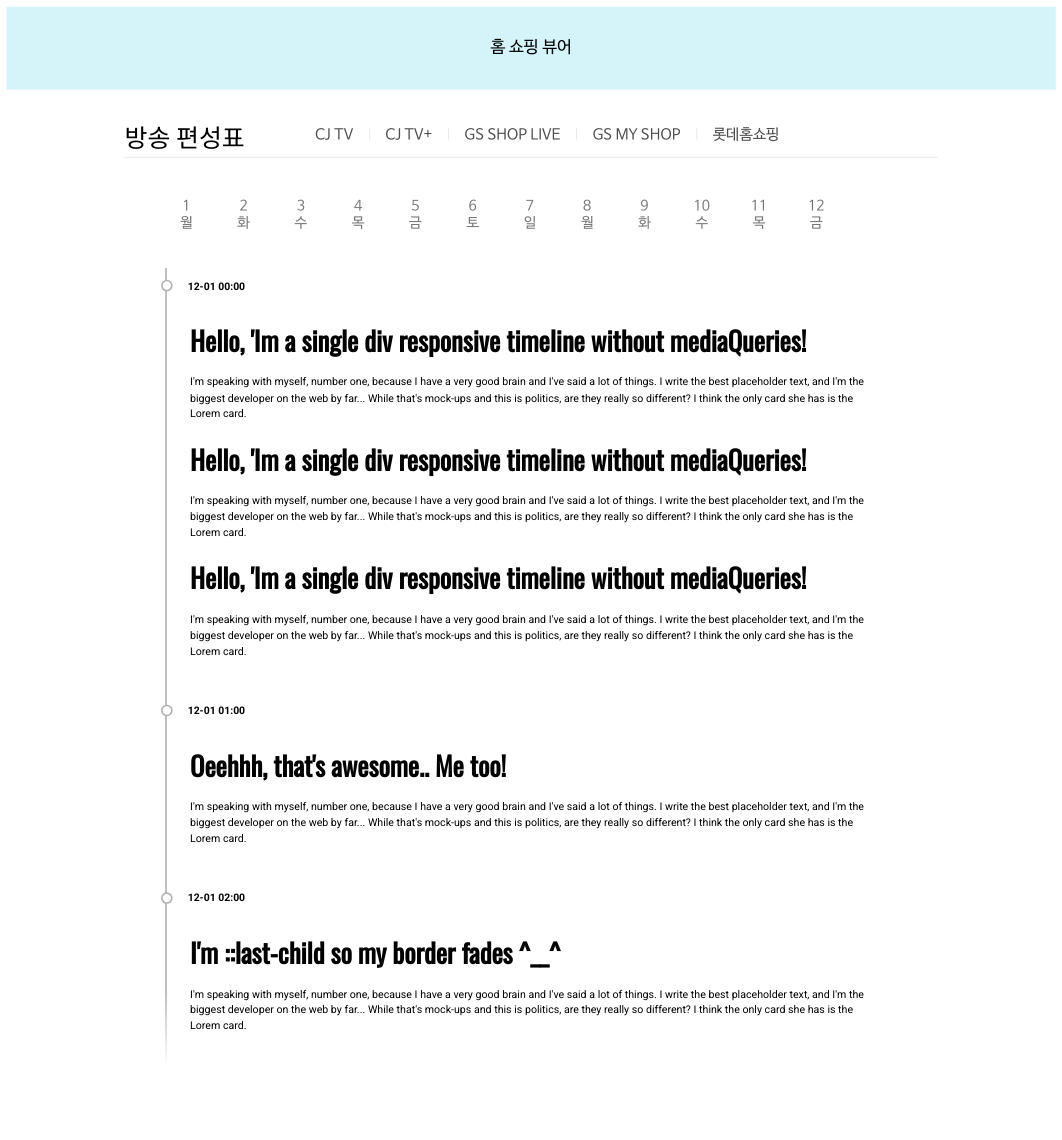
Repository: Kds010/HomeShopping
Page: http://localhost/index
These files come from the project's save history. The page is drawn as it stood at one moment and after the next save; the edit follows.
The browser window is 1280 px wide. The pictures show the whole page, at 83% of full size.
The page is this project's Thymeleaf template; nobody is signed in. The template is opened directly, without the code that normally fills it, so the values that code supplies are empty.

Above is the page before, as saved 2021-12-18 10:14:18.

After the next save:
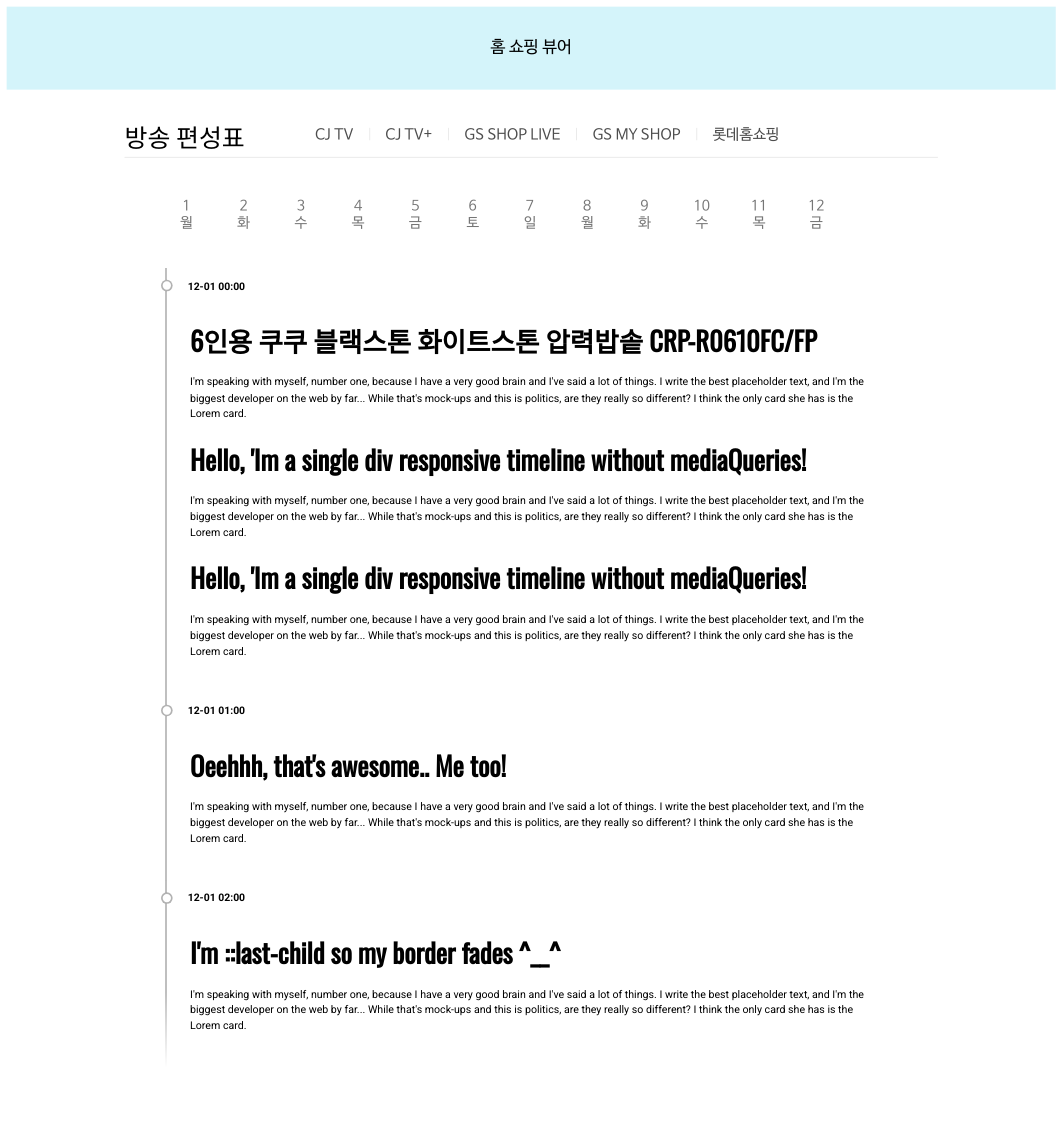
Saved 20 s later.
--- a/homeshopping/src/main/resources/templates/index.html
+++ b/homeshopping/src/main/resources/templates/index.html
@@ -75,7 +75,7 @@
 		<div class="container2">
 
 			<div class="timeline-item" date-is='12-01 00:00'>
-				<h1>Hello, 'Im a single div responsive timeline without mediaQueries!</h1>
+				<h1>6인용 쿠쿠 블랙스톤 화이트스톤 압력밥솥 CRP-R0610FC/FP</h1>
 				<p>
 					I'm speaking with myself, number one, because I have a very good brain and I've said a lot of things. I write the best placeholder text, and I'm the biggest developer on the web by far... While that's mock-ups and this is politics, are they really so different? I think the only card she has is the Lorem card.
 				</p>
